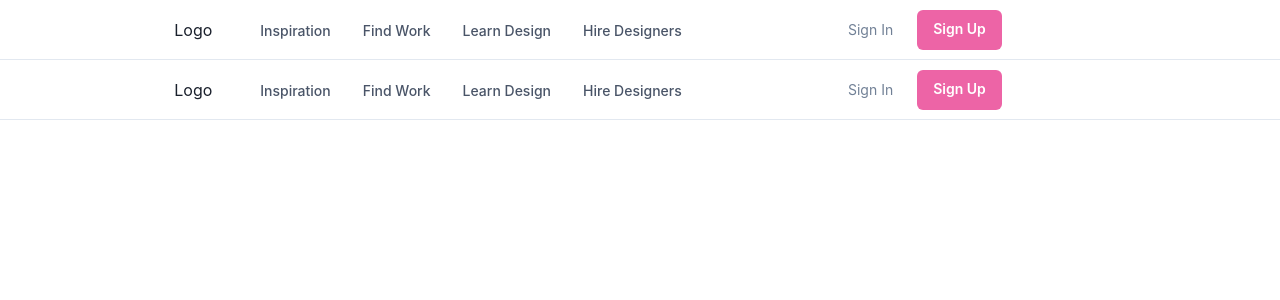
Repository: phob0/stake-app
Page: /layout
An editor plug-in stored every save of this project. The page is shown before and after the next save, followed by the edit.
The browser window is 1280 px wide. The pictures show the whole page.
The project was rebuilt for these pictures with package versions that can differ from the ones it lists, and the page was loaded fresh each time. The framework's server and built-in components were replaced by stand-ins that run in the browser. Also part of the build but not shown: next.config.js.

Above is the page before, as saved 2023-08-31 03:21:31.

After the next save:
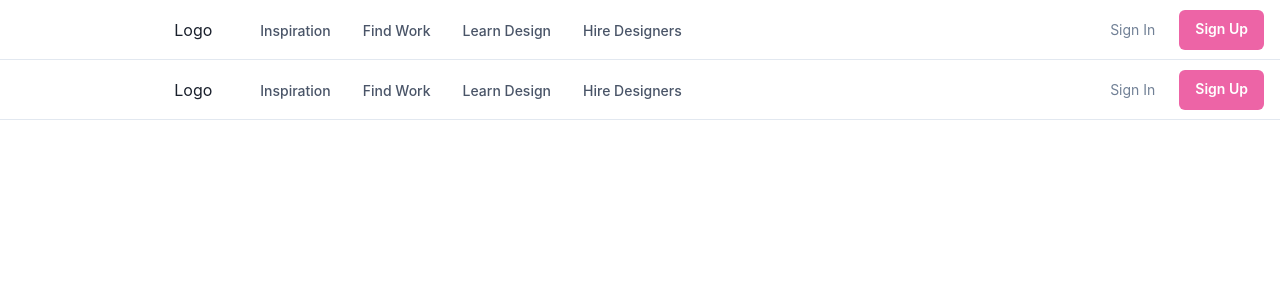
Saved 55 s later.
--- a/components/Navbar/Navbar.tsx
+++ b/components/Navbar/Navbar.tsx
@@ -64,7 +64,7 @@ export default function Navbar() {
 
         <Stack
           flex={{ base: 1, md: 1 }}
-          justify={'flex-center'}
+          justify={'flex-end'}
           direction={'row'}
           spacing={6}>
           <Button as={'a'} fontSize={'sm'} fontWeight={400} variant={'link'} href={'#'}>
